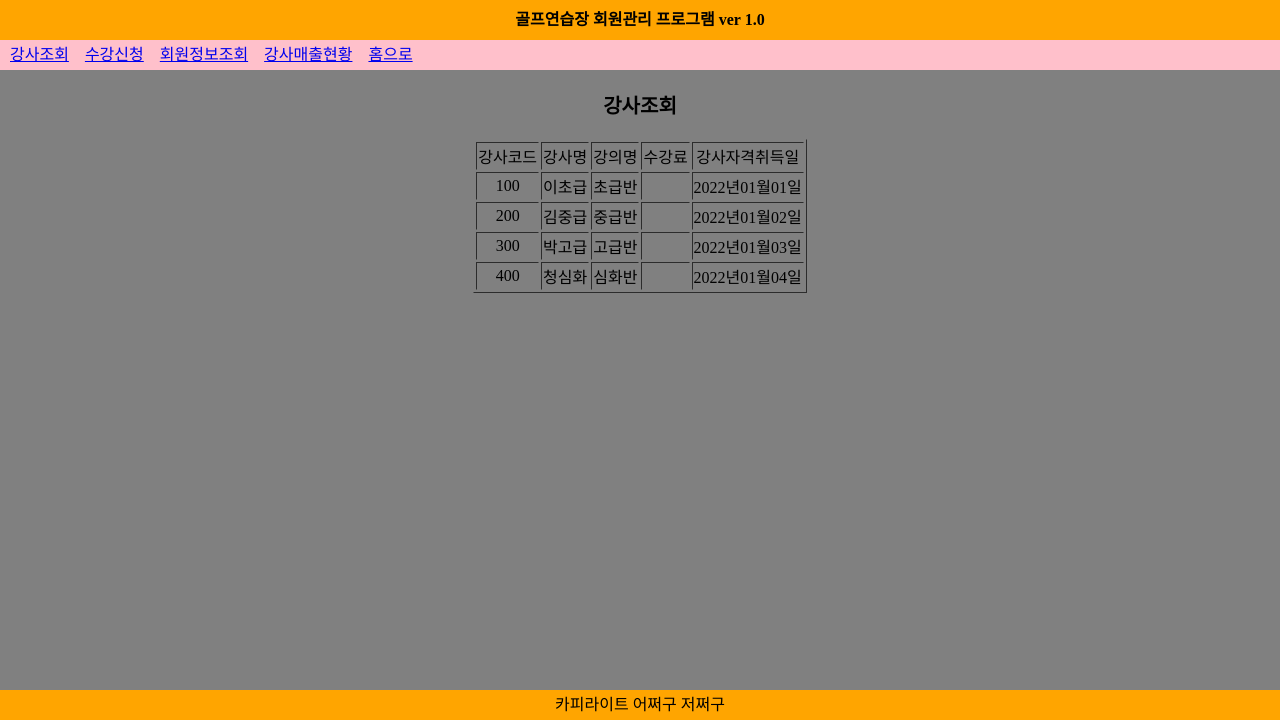
Repository: wjdwlgns1101/school_hrd
Page: http://localhost/hrd_30111_1_/t_list.jsp
These files come from the project's save history. The page is drawn as it stood at one moment and after the next save; the edit follows.
The browser window is 1280 px wide. The pictures show the whole page.
The page is served by Tomcat 9. The database holds what the project's SQL file puts in it.

Above is the page before, as saved 2024-05-06 15:00:32.

After the next save:
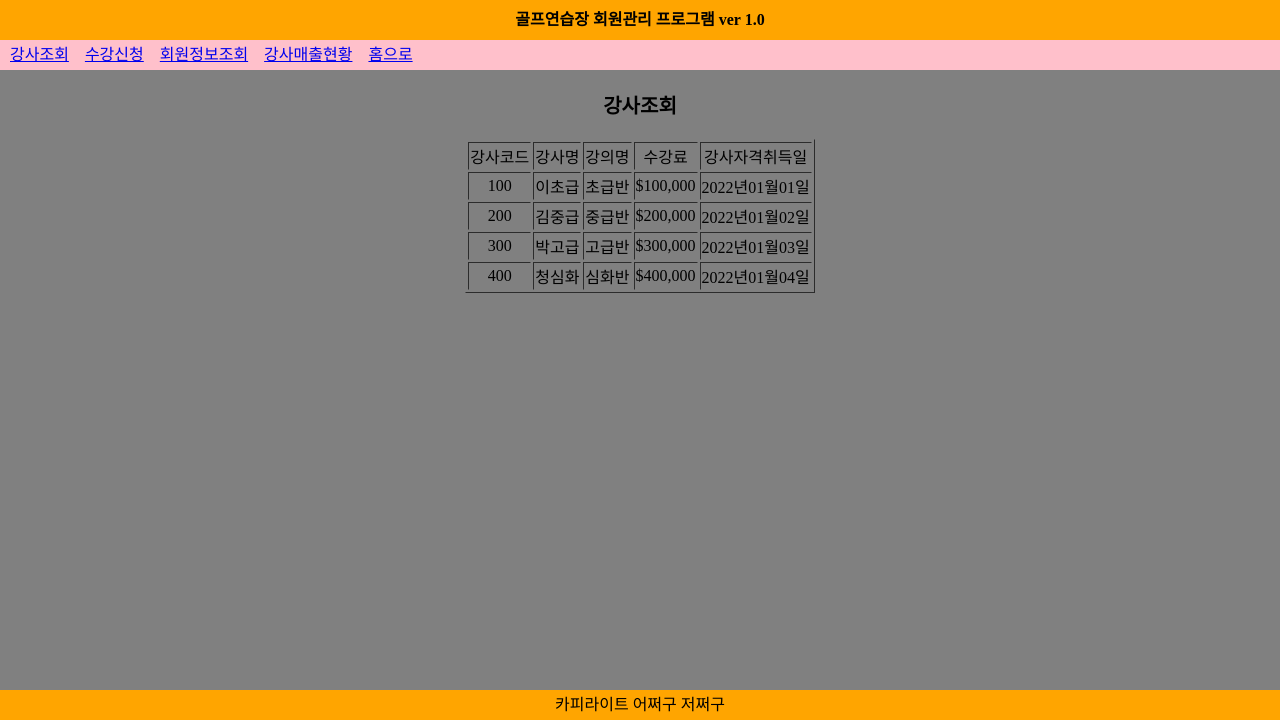
Saved 64 s later.
--- a/hrd_30111_(1)/hrd_30111(1)/src/main/webapp/t_list.jsp
+++ b/hrd_30111_(1)/hrd_30111(1)/src/main/webapp/t_list.jsp
@@ -35,7 +35,7 @@
 		 String t_date = rs.getString("teach_resist_date");
 
 		 String price = "";
-		 if (c_price.length() >= 7) {
+		 if (c_price.length() >= 6) {
 		     price = "$" + c_price.substring(0, 3) + "," + c_price.substring(3, 6);
 		 }
 
